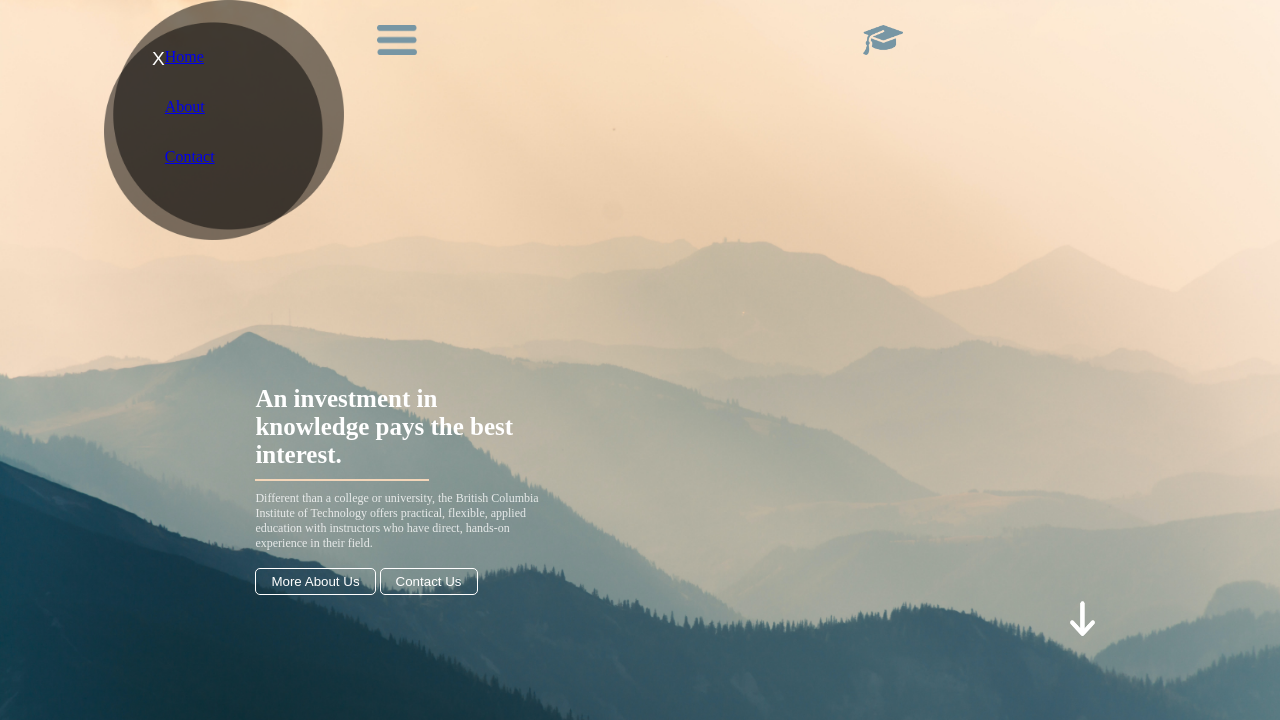
Repository: Sheraliramzan/Aly_A01253508_Assignment1
Page: /
These files come from the project's save history. The page is drawn as it stood at one moment and after the next save; the edit follows.
The browser window is 1280 px wide. The pictures show the whole page.
The project was rebuilt for these pictures with package versions that can differ from the ones it lists, and the page was loaded fresh each time. The framework's server and built-in components were replaced by stand-ins that run in the browser. Also part of the build but not shown: next.config.js.

Above is the page before, as saved 2023-02-04 17:47:01.

After the next save:
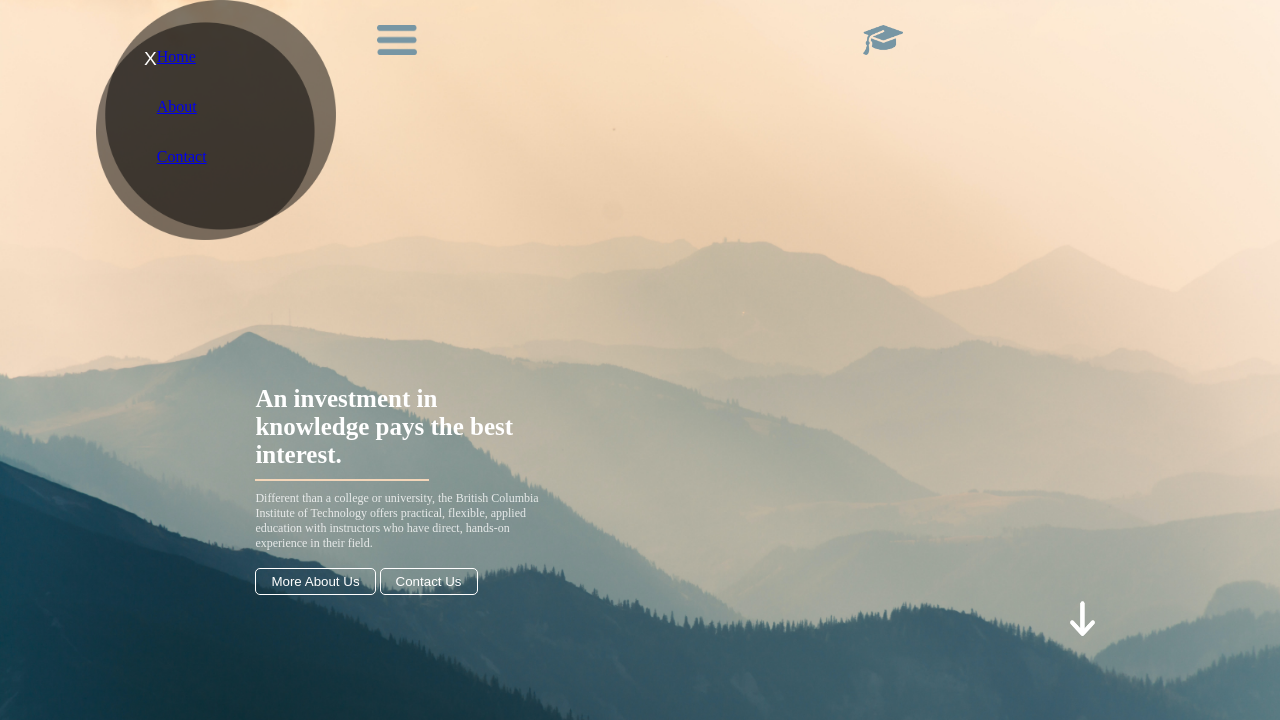
Saved 12 s later.
--- a/styles/globals.css
+++ b/styles/globals.css
@@ -25,7 +25,7 @@ body {
 .menucont{
   position: absolute;
   top: 0rem;
-  left: 6.5rem;
+  left: 6rem;
 }
 
 ul {
